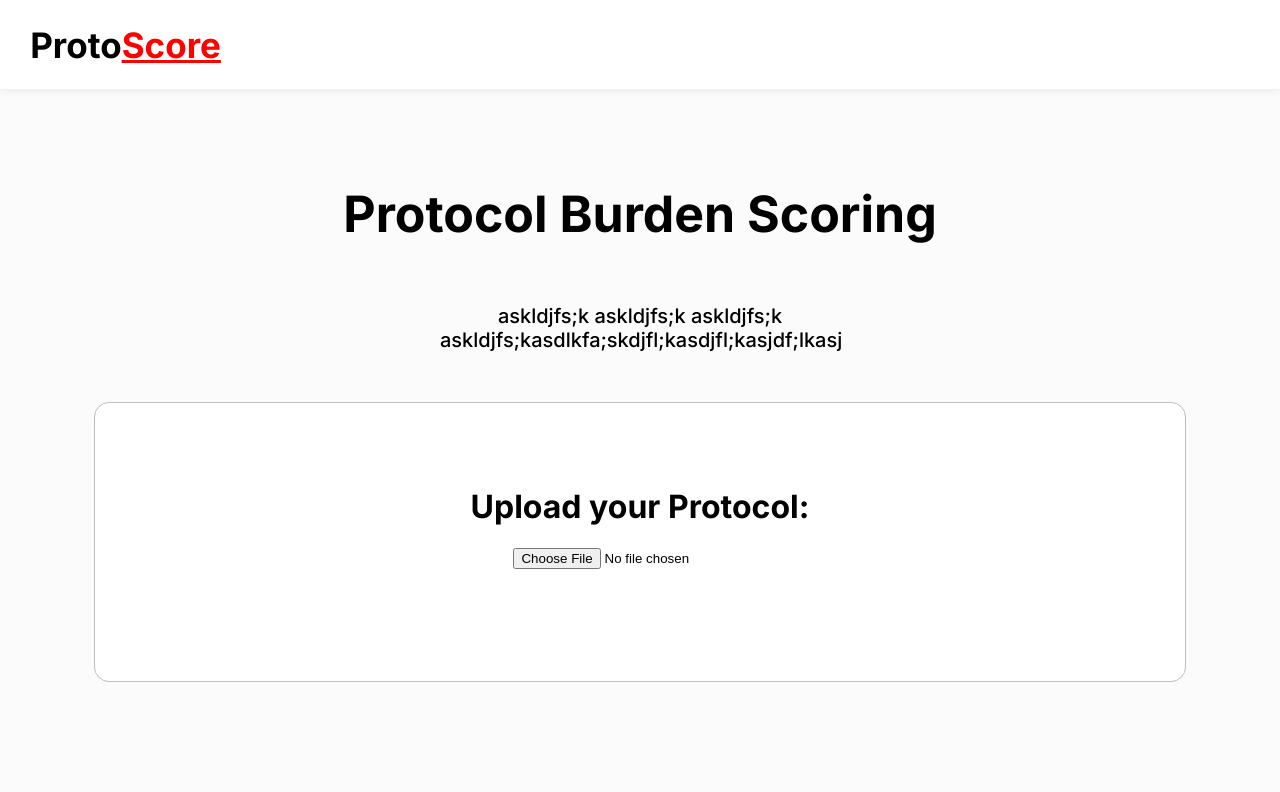
Repository: evanc108/Regeneron2024
Page: / (app in regeneron/)
An editor plug-in stored every save of this project. The page is shown before and after the next save, followed by the edit.
The browser window is 1280 px wide. The pictures show the whole page.
The project was rebuilt for these pictures with package versions that can differ from the ones it lists, and the page was loaded fresh each time.

Above is the page before, as saved 2024-05-14 02:26:43.

After the next save:
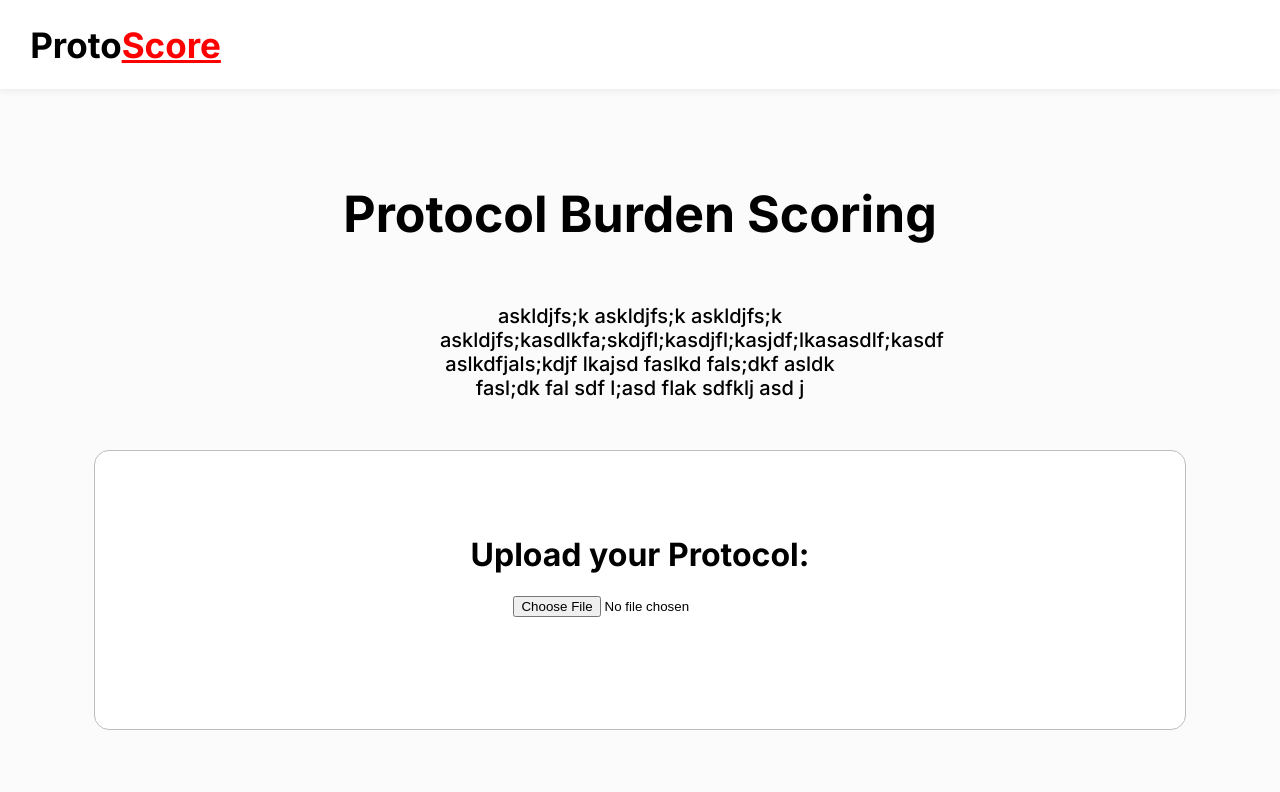
Saved 10 s later.
--- a/regeneron/src/pages/Feedback.js
+++ b/regeneron/src/pages/Feedback.js
@@ -42,7 +42,7 @@ function Feedback() {
                     <div className="onboarding">
                         <h1 style={{fontSize:"50px", marginBottom:"40px"}}>Protocol Burden Scoring</h1>
                         <p style={{textOverflow: "ellipsis", whiteSpace: "normal", maxWidth: "400px"}}>
-                            askldjfs;k askldjfs;k askldjfs;k askldjfs;kasdlkfa;skdjfl;kasdjfl;kasjdf;lkasj</p>
+                            askldjfs;k askldjfs;k askldjfs;k askldjfs;kasdlkfa;skdjfl;kasdjfl;kasjdf;lkasasdlf;kasdf aslkdfjals;kdjf lkajsd faslkd fals;dkf asldk fasl;dk fal sdf l;asd flak sdfklj asd j</p>
                     </div>
                     <div className='upload-file'>
                         {!fileUploaded && !loading && (
